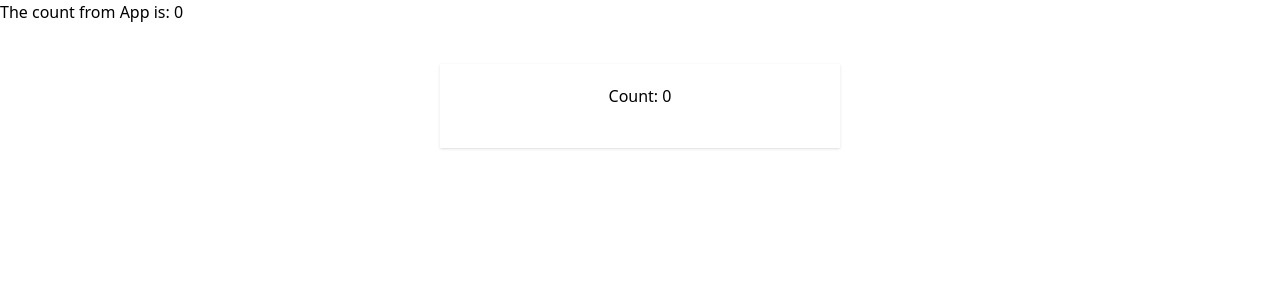
Repository: vophuocthanh/redux
Page: /
The author's editor kept a copy of each file at every save. The page is drawn from the files as they stood at one save, then again after a run of saves.
The browser window is 1280 px wide. The pictures show the whole page.
The project was rebuilt for these pictures with package versions that can differ from the ones it lists, and the page was loaded fresh each time. Also part of the build but not shown: src/App.css.

Above is the page before, as saved 2023-03-08 15:07:58.

After the next 4 saves:
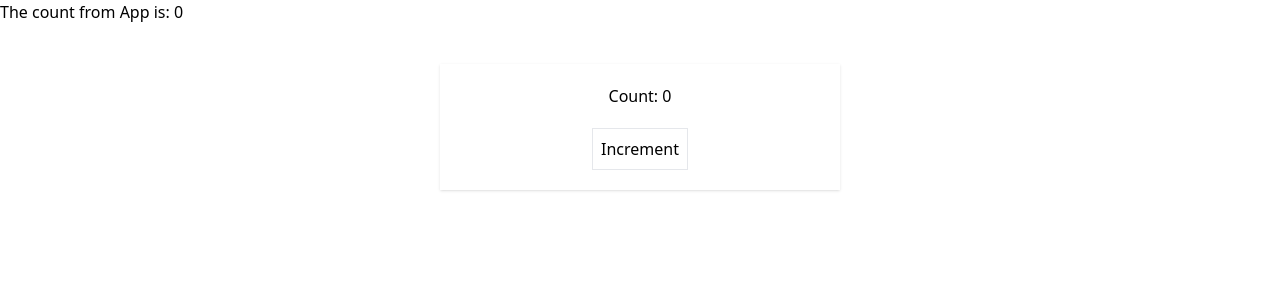
The 4 saves are shown as one change because 3 did not build or start.
The last was saved 5 min 22 s later.
--- a/src/components/Counter.js
+++ b/src/components/Counter.js
@@ -1,30 +1,24 @@
 import React from "react";
-import { useSelector } from "react-redux";
+import { useDispatch, useSelector } from "react-redux";
+import { increment } from "../redux/counter";
 
 const Counter = () => {
   const count = useSelector((state) => state.counter.count);
-  // const increment = () => {
-  //   setCount(count + 1);
-  // };
-  // const decrement = () => {
-  //   setCount(count - 1);
-  // };
+  const dispatch = useDispatch();
+  const handleIncrement = () => {
+    dispatch(increment());
+  };
+
   return (
     <div className="flex flex-col items-center p-5 bg-white shadow w-[400px] mx-auto mt-10">
       <h2 className="mb-5">Count: {count}</h2>
       <div className="flex justify-center items-center gap-x-5">
-        {/* <button
+        <button
           className="inline-block p-2 border border-gray-200"
           onClick={increment}
         >
           Increment
         </button>
-        <button
-          className="inline-block p-2 border border-gray-200"
-          onClick={decrement}
-        >
-          Decrement
-        </button> */}
       </div>
     </div>
   );
